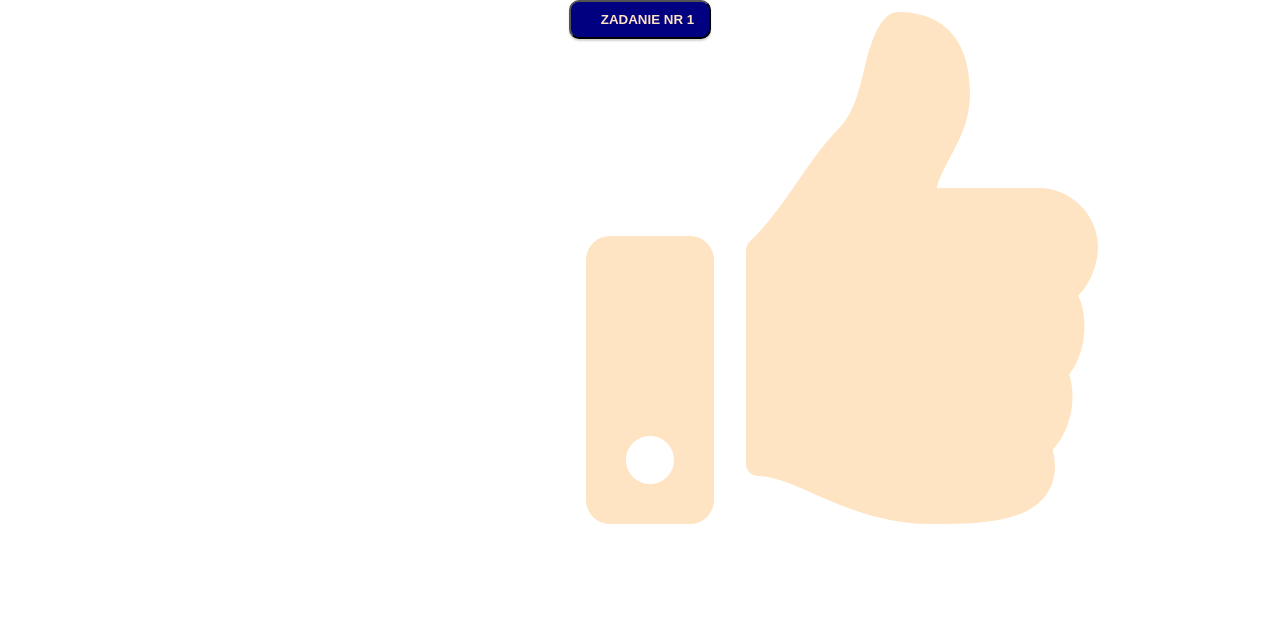
Repository: KrzysKolo/sr_tydzien3_zad_1_2_3
Page: /
These files come from the project's save history. The page is drawn as it stood at one moment and after the next save; the edit follows.
The browser window is 1280 px wide. The pictures show the whole page.
The project was rebuilt for these pictures with package versions that can differ from the ones it lists, and the page was loaded fresh each time.

Above is the page before, as saved 2020-11-02 15:05:04.

After the next save:
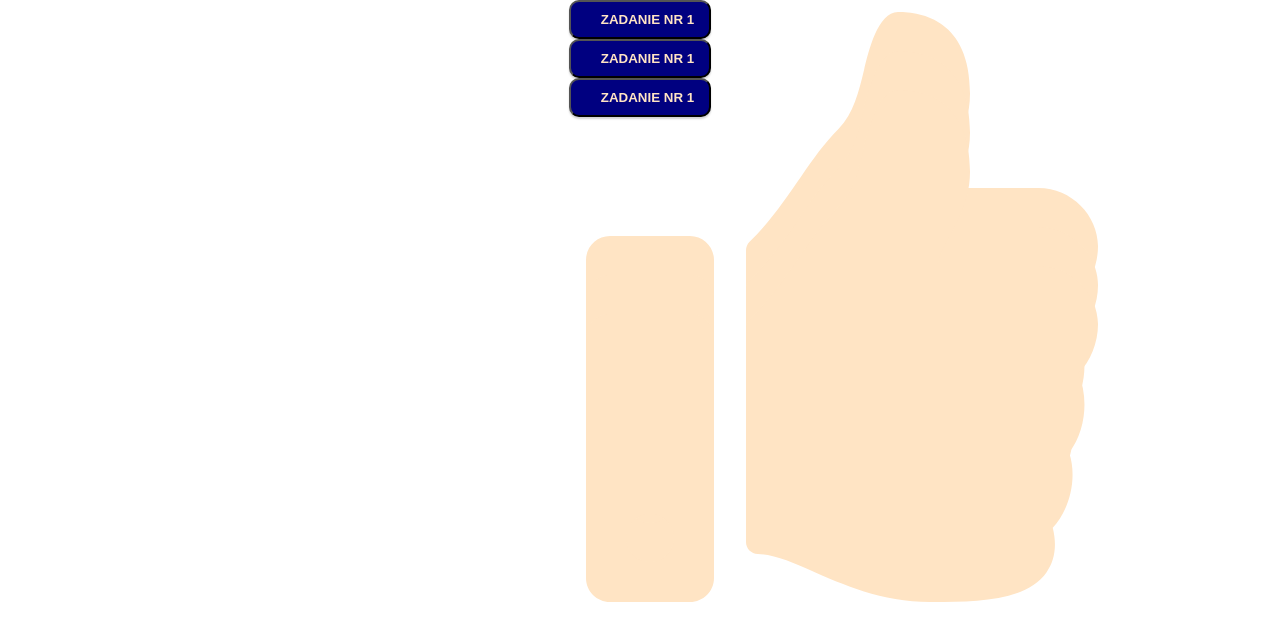
Saved 16 s later.
--- a/src/App.js
+++ b/src/App.js
@@ -12,6 +12,8 @@
     return (
       <div className="app">
         <Button  bgColor="navy" color="bisque" label="Zadanie nr 1" icon={faThumbsUp}/>
+        <Button  bgColor="navy" color="bisque" label="Zadanie nr 1" icon={faThumbsUp}/>
+        <Button  bgColor="navy" color="bisque" label="Zadanie nr 1" icon={faThumbsUp}/>
       </div>
      );
   }

After the 2 saves that followed:
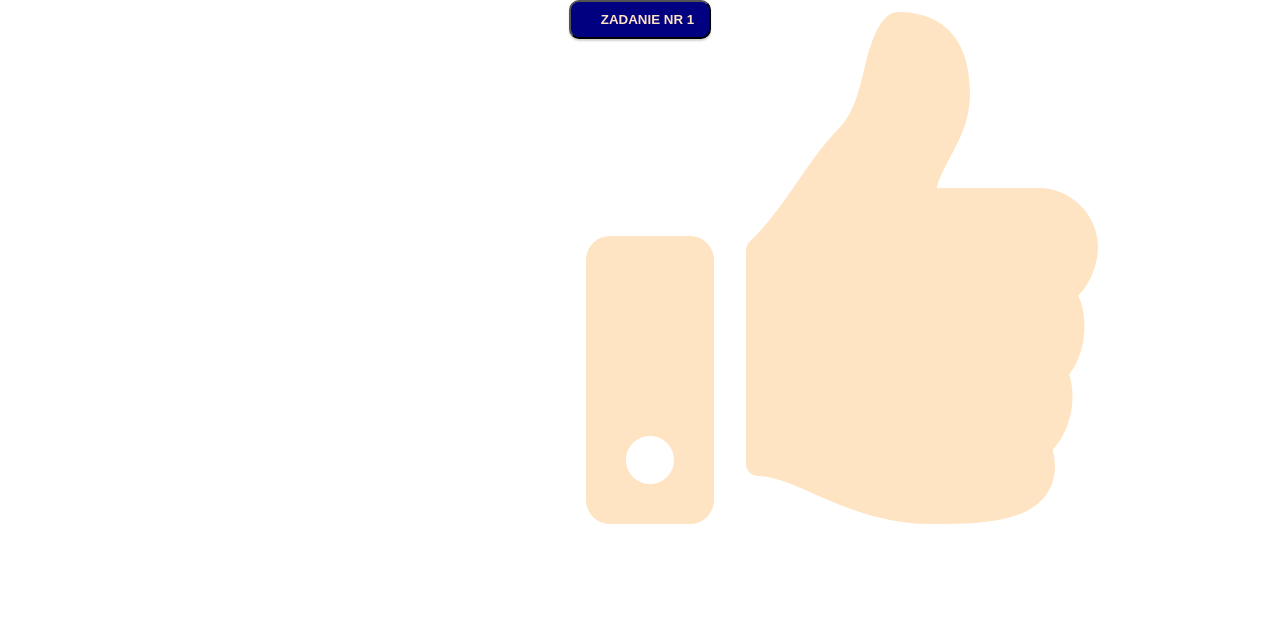
The 2 saves are shown as one change because 1 left the picture as it was.
The last was saved 3 min 8 s later.
--- a/src/App.js
+++ b/src/App.js
@@ -1,5 +1,6 @@
 import React,  { Component } from 'react';
 import Button from './components/Form/Button';
+import { FontAwesomeIcon } from '@fortawesome/react-fontawesome';
 import { faThumbsUp } from "@fortawesome/free-solid-svg-icons";
 import './App.css';
 
@@ -12,8 +13,7 @@
     return (
       <div className="app">
         <Button  bgColor="navy" color="bisque" label="Zadanie nr 1" icon={faThumbsUp}/>
-        <Button  bgColor="navy" color="bisque" label="Zadanie nr 1" icon={faThumbsUp}/>
-        <Button  bgColor="navy" color="bisque" label="Zadanie nr 1" icon={faThumbsUp}/>
+
       </div>
      );
   }
